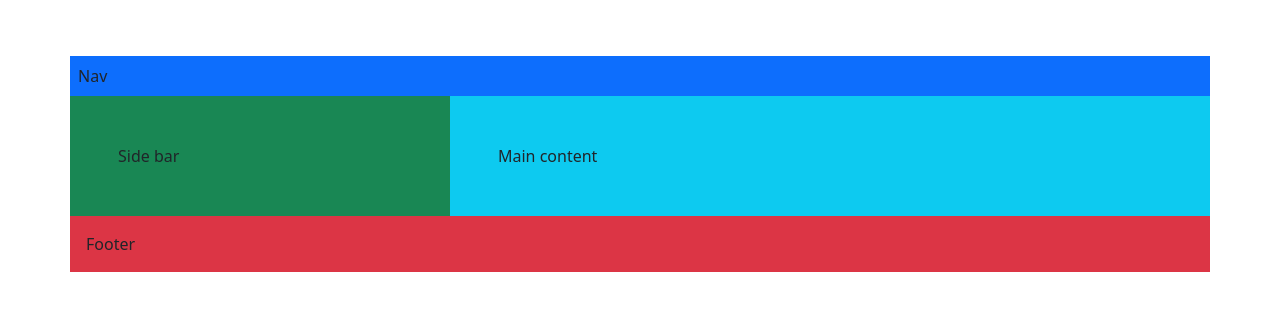
Repository: KizukoHeiwa/SOF308
Page: Lab1/index.html
The author's editor kept a copy of each file at every save. The page is drawn from the files as they stood at one save, then again after the next save.
The browser window is 1280 px wide. The pictures show the whole page.

Above is the page before, as saved 2024-10-31 09:52:58.
Not found: Lab1/images/logo-energy-pilates.png

### Lab1/index.html
<!DOCTYPE html>
<html lang="en">
<head>
    <meta charset="UTF-8">
    <meta name="viewport" content="width=device-width, initial-scale=1.0">
    <title>FPT Polytechnic</title>
    <link href="https://cdn.jsdelivr.net/npm/bootstrap@5.3.3/dist/css/bootstrap.min.css" rel="stylesheet" integrity="sha384-QWTKZyjpPEjISv5WaRU9OFeRpok6YctnYmDr5pNlyT2bRjXh0JMhjY6hW+ALEwIH" crossorigin="anonymous">
<script src="https://cdn.jsdelivr.net/npm/bootstrap@5.3.3/dist/js/bootstrap.bundle.min.js" integrity="sha384-YvpcrYf0tY3lHB60NNkmXc5s9fDVZLESaAA55NDzOxhy9GkcIdslK1eN7N6jIeHz" crossorigin="anonymous"></script>
</head>
<body>
    <div class="container">
        <header class="">
            <nav class="navbar navbar-expand-sm navbar-dark">
                <div class="container">
                    <a class="navbar-brand" href="Lab3Index.html">
                        <img src="images/logo-energy-pilates.png" alt="" style="width: 150px;">
                    </a>
                    <button class="navbar-toggler" type="button" data-bs-toggle="collapse" data-bs-target="#collapsibleNavbar">
                        <span class="navbar-toggler-icon"></span>
                    </button>
                    <div class="collapse navbar-collapse" id="collapsibleNavbar">
                        <ul class="navbar-nav me-auto">
                            <li class="nav-item">
                                <a class="nav-link" href="Lab3ChuyenMuc.html"><i class="fa-solid fa-list"></i> Bài viết</a>
                            </li>
                            <li class="nav-item">
                                <a class="nav-link" href="#"><i class="fa-solid fa-film"></i> Video</a>
                            </li>
                            <li class="nav-item">
                                <a class="nav-link" href="#"><i class="fa-solid fa-circle-info"></i> Giới thiệu</a>
                            </li>
                            <li class="nav-item">
                                <a class="nav-link" href="#"><i class="fa-solid fa-calendar-days"></i> Sự kiện</a>
                            </li>
                            <li class="nav-item dropdown">
                                <a class="nav-link dropdown-toggle" href="#" role="button" data-bs-toggle="dropdown">
                                    <i class="fa-solid fa-user"></i> Tài khoản
                                </a>
                                <ul class="dropdown-menu">
                                    <li><a class="dropdown-item" href="#">Đăng nhập</a></li>
                                    <li><a class="dropdown-item" href="#">Quên mật khẩu</a></li>
                                    <li><a class="dropdown-item" href="#">Đăng ký thành viên</a></li>
                                </ul>
                            </li>
                        </ul>
                        <ul class="navbar-nav d-flex">
                            <li class="nav-item">
                                <a class="nav-link">Tiếng Việt</a>
                            </li>
                            <li class="nav-item">
                                <a class="nav-link">Tiếng Anh</a>
                            </li>
                        </ul>
                    </div>
                </div>
            </nav>

        </header>
        <nav class="row bg-primary p-2">Nav</nav>
        <section class="row">
            <aside class="col-sm-4 bg-success p-5">Side bar</aside>
            <article class="col-sm-8 bg-info p-5">Main content</article>
        </section>
        <footer class="row bg-danger p-3">Footer</footer>
    </div>
</body>
</html>

After the next save:
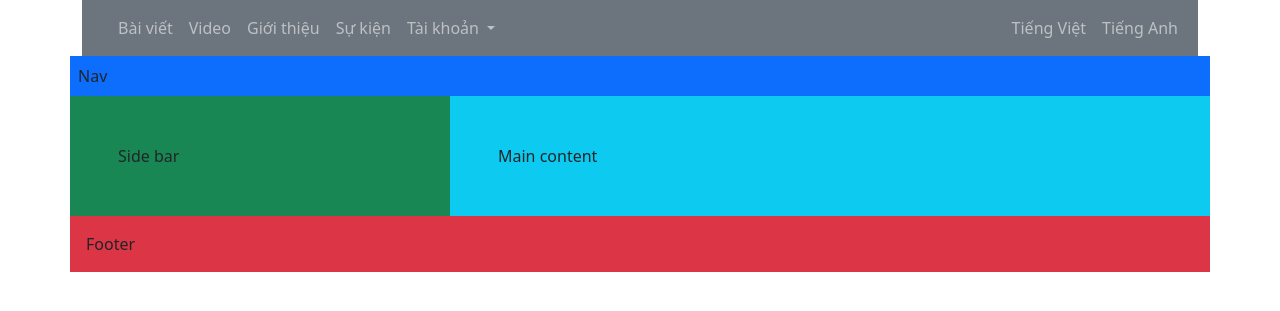
Saved 35 s later.
--- a/Lab1/index.html
+++ b/Lab1/index.html
@@ -9,7 +9,7 @@
 </head>
 <body>
     <div class="container">
-        <header class="">
+        <header class="bg-secondary">
             <nav class="navbar navbar-expand-sm navbar-dark">
                 <div class="container">
                     <a class="navbar-brand" href="Lab3Index.html">
